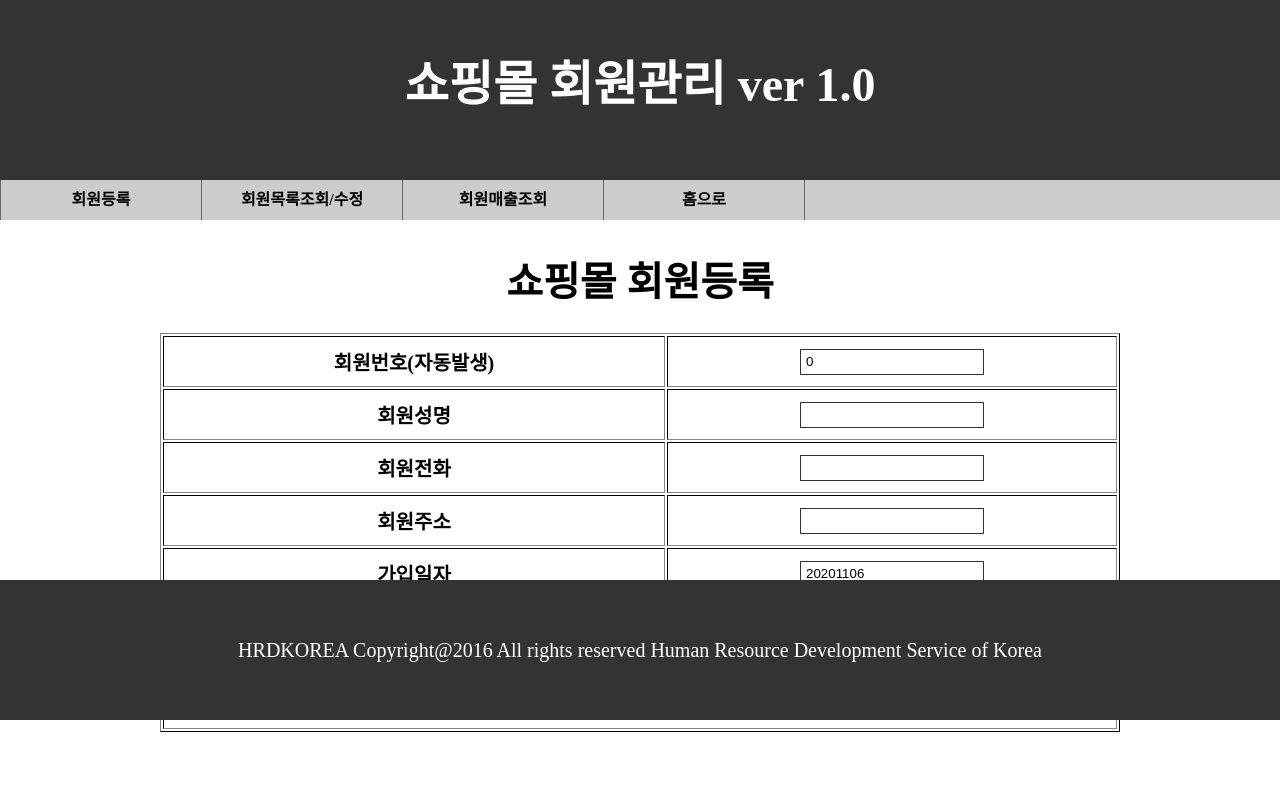
Repository: jsky1234/NCS
Page: http://localhost/HRD_1/memberIns.jsp
These files come from the project's save history. The page is drawn as it stood at one moment and after the next save; the edit follows.
The browser window is 1280 px wide. The pictures show the whole page.
The page is served by Tomcat 9. Queries for data that is not in the repository find no rows.

Above is the page before, as saved 2020-11-10 06:02:12.
Console error: ReferenceError: form is not defined

After the next save:
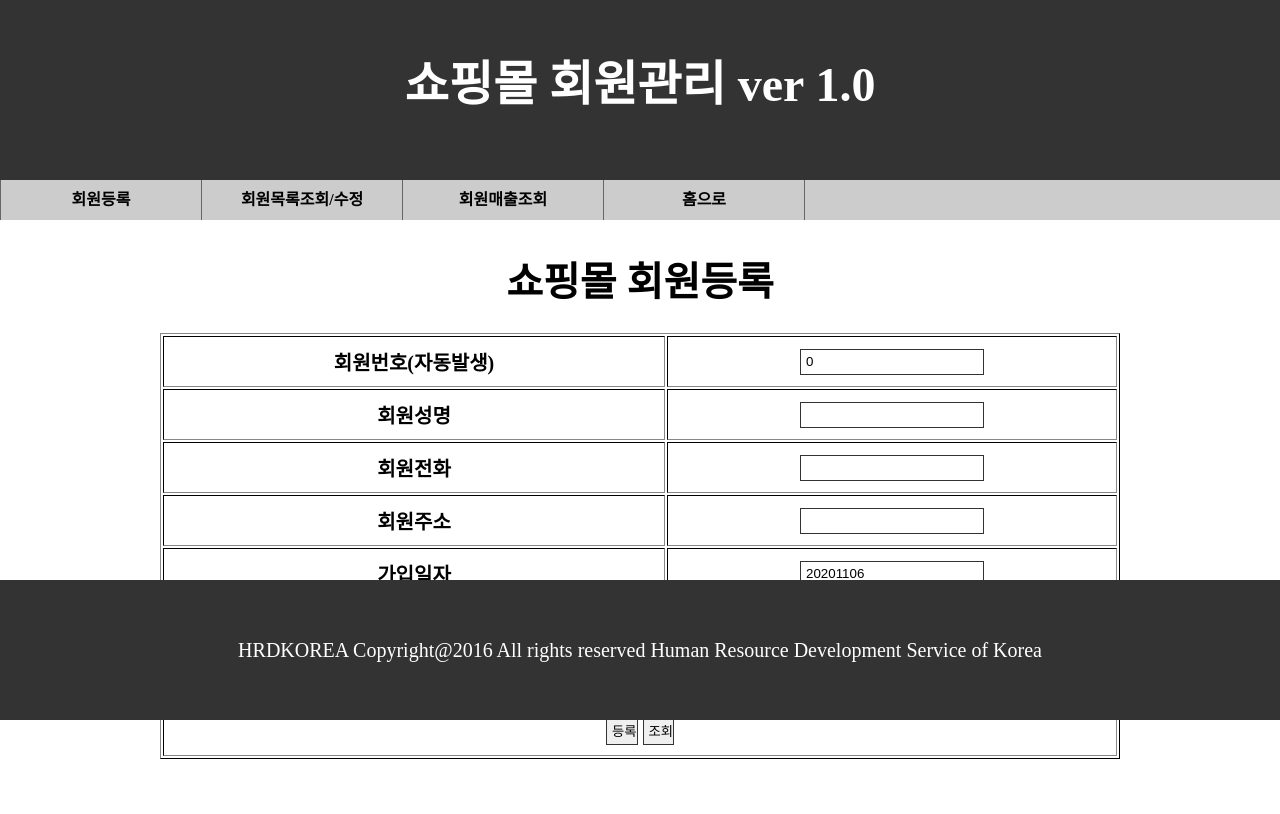
Saved 28 s later.
--- a/ncs1/HRD_1/WebContent/memberIns.jsp
+++ b/ncs1/HRD_1/WebContent/memberIns.jsp
@@ -87,8 +87,8 @@ String sdate = simple.format(date);
 							<td><input type="text" name="city" id="city" /></td>
 						</tr>
 						<td colspan="2">
-							<button type="button" id="subit_btn" value="등록" />
-							<button type="button" id="search_btn" value="조회" />
+							<input type="button" id="subit_btn" value="등록" />
+							<input type="button" id="search_btn" value="조회" />
 						</td>
 					</tbody>
 				</table>
